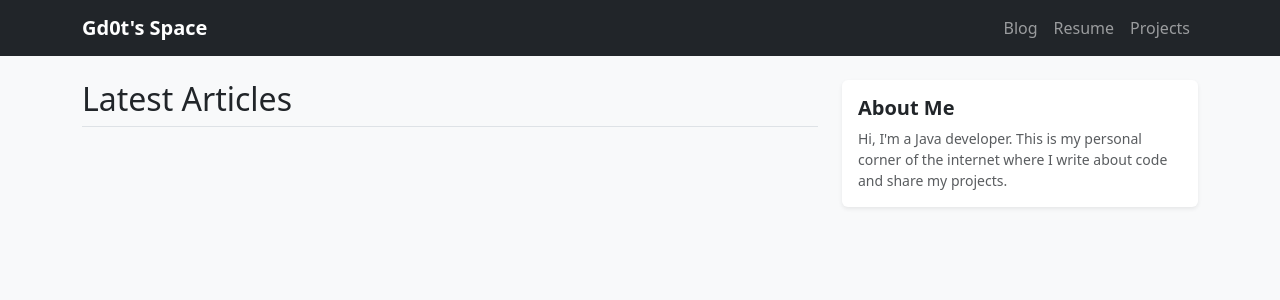
Repository: gd0t/gd0t-blog
Page: http://localhost/index
These files come from the project's save history. The page is drawn as it stood at one moment and after the next save; the edit follows.
The browser window is 1280 px wide. The pictures show the whole page.
The page is this project's Thymeleaf template; nobody is signed in. The template is opened directly, without the code that normally fills it, so the values that code supplies are empty.

Above is the page before, as saved 2026-06-03 16:17:02.

After the next save:
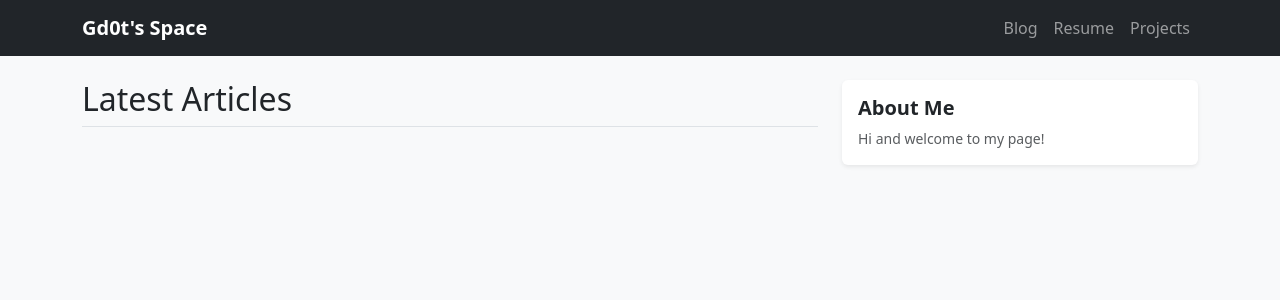
Saved 116 s later.
--- a/gd0t/src/main/resources/templates/index.html
+++ b/gd0t/src/main/resources/templates/index.html
@@ -28,7 +28,7 @@
                     <div class="card-body">
                         <h5 class="card-title fw-bold">About Me</h5>
                         <p class="card-text text-muted small">
-                            Hi, I'm a Java developer. This is my personal corner of the internet where I write about code and share my projects.
+                        	Hi and welcome to my page!
                         </p>
                     </div>
                 </div>
